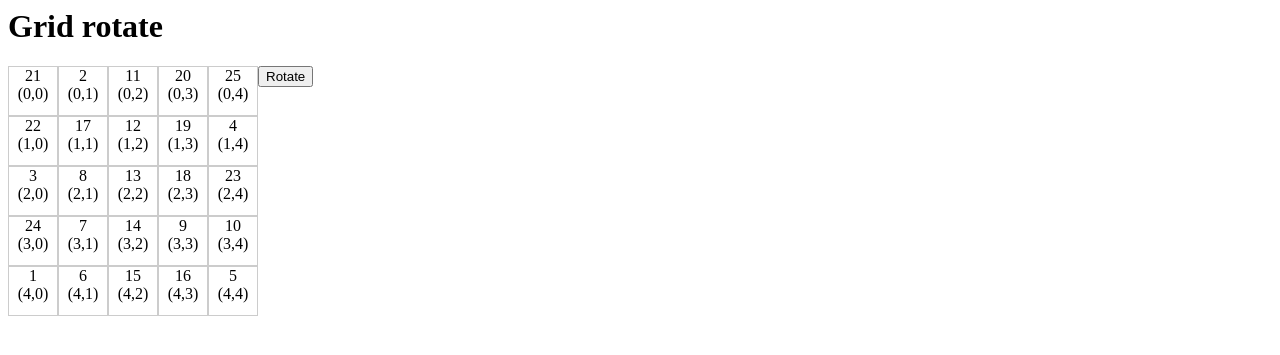
Repository: rashko/rotatematrix
Page: index.html
An editor plug-in stored every save of this project. The page is shown before and after the next save, followed by the edit.
The browser window is 1280 px wide. The pictures show the whole page.
After loading, the first visible `#rotator` was clicked once.

Above is the page before, as saved 2018-07-07 19:22:36.

After the next save:
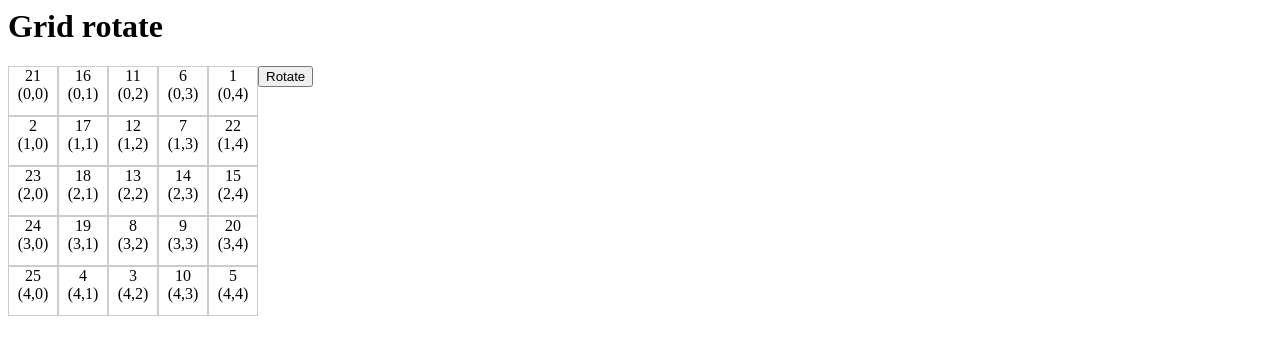
Saved 2 min 55 s later.
--- a/index.html
+++ b/index.html
@@ -90,19 +90,24 @@ function rotGroup(x, y){
     var bottomRight = matrix[right][bottom];
     var topRight = matrix[left][bottom];
 
+    if(topLeft.moved) return false;
     mem = topLeft.value;
 
     topLeft.value = bottomLeft.value;
     topLeft.el.innerHTML = bottomLeft.value;
+    topLeft.moved = true;
 
     bottomLeft.value = bottomRight.value;
     bottomLeft.el.innerHTML = bottomRight.value;
+    bottomLeft.moved = true;
 
     bottomRight.value = topRight.value;
     bottomRight.el.innerHTML = topRight.value;
+    bottomRight.moved = true;
 
     topRight.value = mem;
     topRight.el.innerHTML = mem;
+    topRight.moved = true;
 }
 </script>
 </body>
